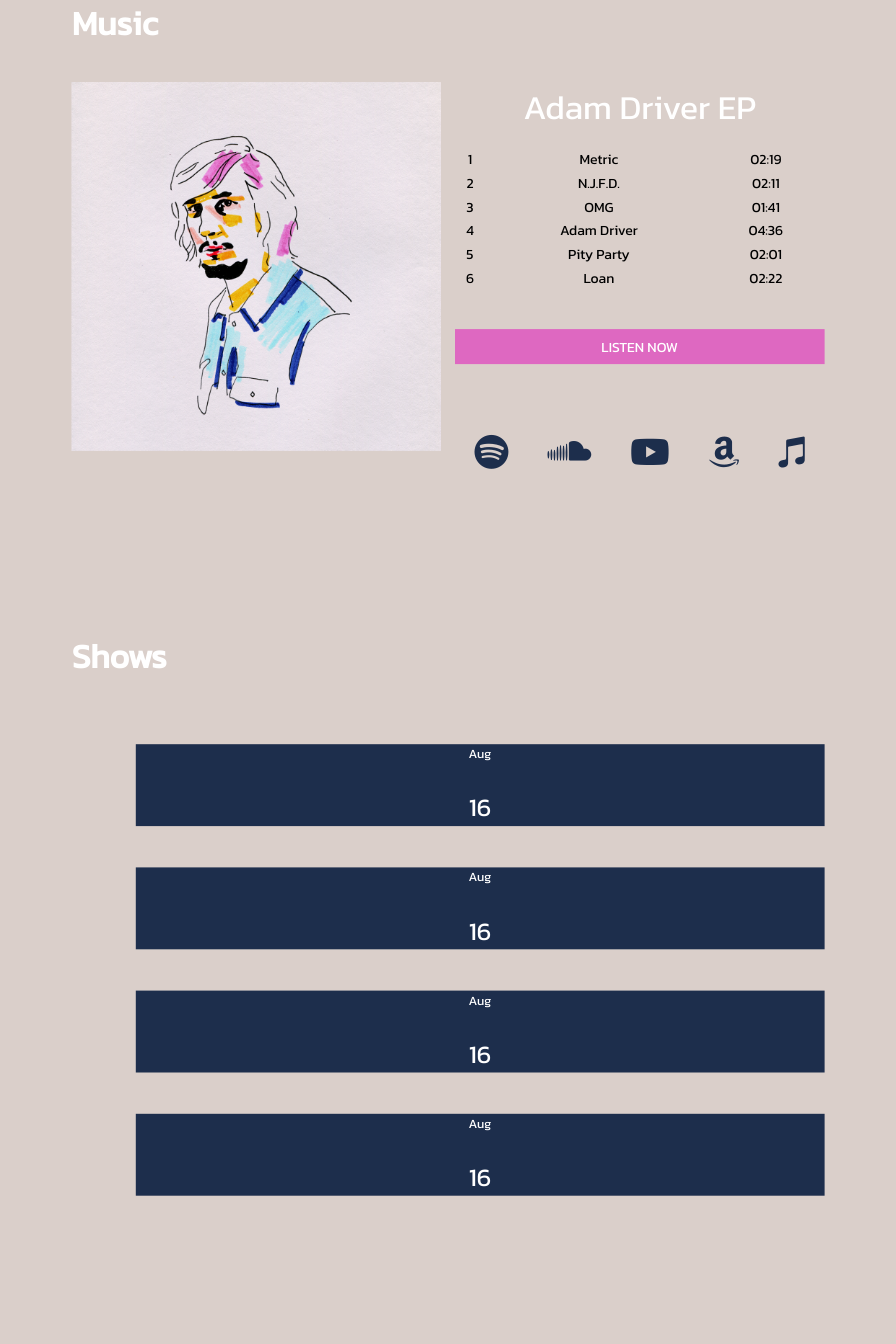
Repository: KrystellBarraza/SipperNYC
Page: index.html
These files come from the project's save history. The page is drawn as it stood at one moment and after the next save; the edit follows.
The browser window is 1280 px wide. The pictures show the part of the page from y = 1663 to 3583 px (the page is 3583 px tall before and 3375 px after), at 70% of full size.
Some web libraries are served in a nearby version.

Above is the page before, as saved 2019-08-26 16:02:11.

### index.html
<!DOCTYPE html>
    <head>
        <meta charset="utf-8">
        <meta http-equiv="X-UA-Compatible" content="IE=edge">
        <title>Sipper</title>
        <meta name="description" content="Wholesome and intrinsically delicate, SIPPER is an NYC based band who wants nothing more than to make you enjoy whatever they put out.">
        <meta name="viewport" content="width=device-width, initial-scale=1">
        <script src="https://kit.fontawesome.com/0942df55aa.js"></script>
        <script src="https://ajax.googleapis.com/ajax/libs/jquery/3.4.1/jquery.min.js"></script>
        <link rel="stylesheet" href="https://ajax.googleapis.com/ajax/libs/jqueryui/1.12.1/themes/smoothness/jquery-ui.css">
        <script src="https://ajax.googleapis.com/ajax/libs/jqueryui/1.12.1/jquery-ui.min.js"></script>
        <link href="https://fonts.googleapis.com/css?family=Kanit&display=swap" rel="stylesheet">
        <link rel="stylesheet" href="venobox/venoboxcopy.css" type="text/css" media="screen">
        <link rel="stylesheet" href="style.css">
    </head>
    <body>

        <div class="container-home">
            <div class="head">
                <header>
                    <h1><a href="index.html">Sipper</a></h1>

                    <div id="toggleText">
                        <p class="menuToggle Open placeHolder"></p>
                        <p class="menuToggle Close" style="color: #FFF;"></p>
                    </div>

                    <div id="menu">
                        <ul id="hiddenMenu">
                            <li><a href="#video">Video</a></li>
                            <li><a href="#music">Music</a></li>
                            <li><a href="#shows">Shows</a></li>
                            <li><a href="#about">About</a></li>
                        </ul>
                    </div>

                    <div class="inlineMenu">
                        <a href="#video">Video</a>
                        <a href="#music">Music</a>
                        <a href="#shows">Shows</a>
                        <a href="#about">About</a>
                    </div>

                </header>
            </div>

            <div id="menu-container"></div>

            <div class="menu">
                <div class="flexbox-nav">
                    <nav class="side-Nav">
                        <li><a href="#video">Video</a></li>
                        <li><a href="#music">Music</a></li>
                        <li><a href="#shows">Shows</a></li>
                        <li><a href="#about">About</a></li>
                    </nav>
                </div>
            </div>

            <div class="album">
                <img src="images/albumcover.jpg">
            </div>

            <div class="footer"></div>

        </div>


        <div class="container-video">
            <div class="head-video">
                <h1 id="video">Video</h1>
            </div>

            <div class="container video-a">
                <div class="content">
                    <a class="venobox" data-autoplay="true" data-vbtype="video" data-gall="myGallery" href="https://youtu.be/N3MalJX4Ll4">
                        <div class="content-overlay"></div>
                        <img class="content-image" src="images/AdamDriver.jpg" alt="Adam Driver">
                        <div class="content-details fadeIn-bottom">
                            <p class="content-title">Adam Driver</p>
                        </div>
                    </a>
                </div>
            </div>

            <div class="container video-b">
                <div class="content">
                    <a class="venobox" data-autoplay="true" data-vbtype="video" data-gall="myGallery" href="https://youtu.be/suzVxfuO1rU">
                        <div class="content-overlay"></div>
                        <img class="content-image" src="images/Metric.jpg" alt="Metric">
                        <div class="content-details fadeIn-top">
                            <p class="content-title">Metric</p>
                        </div>
                    </a>
                </div>
            </div>

            <div class="container video-c">
                <div class="content">
                    <a class="venobox" data-autoplay="true" data-vbtype="video" data-gall="myGallery" href="https://youtu.be/sNYNVeHuiyg">
                        <div class="content-overlay"></div>
                        <img class="content-image" src="images/NJFD.jpg" alt="N.J.F.D.">
                        <div class="content-details fadeIn-left">
                            <p class="content-title">N.J.F.D.</p>
                        </div>
                    </a>
                </div>
            </div>

            <div class="container video-d">
                <div class="content">
                    <a class="venobox" data-autoplay="true" data-vbtype="video" data-gall="myGallery" href="https://youtu.be/S9CmWtUvWd0">
                        <div class="content-overlay"></div>
                        <img class="content-image" src="images/OMG.jpg" alt="OMG">
                        <div class="content-details fadeIn-right">
                            <p class="content-title">OMG</p>
                        </div>
                    </a>
                </div>
            </div>

            <div class="footer-video"></div>

        </div>

        <div class="container-music">
            <div class="head-music">
                <h1 id="music">Music</h1>
            </div>

            <div class="ep">
                <img src="images/albumcover.jpg">
            </div>

            <div class="music-k">
                <p class="ep-title">Adam Driver EP</p>

                <table>
                    <tr>
                        <td>1</td>
                        <td>Metric</td>
                        <td>02:19</td>
                    </tr>
                    <tr>
                        <td>2</td>
                        <td>N.J.F.D.</td>
                        <td>02:11</td>
                    </tr>
                    <tr>
                        <td>3</td>
                        <td>OMG</td>
                        <td>01:41</td>
                    </tr>
                    <tr>
                        <td>4</td>
                        <td>Adam Driver</td>
                        <td>04:36</td>
                    </tr>
                    <tr>
                        <td>5</td>
                        <td>Pity Party</td>
                        <td>02:01<td>
                    </tr>
                    <tr>
                        <td>6</td>
                        <td>Loan</td>
                        <td>02:22</td>
                    </tr>
                </table>
            </div>

            <div class="music-j">
                <div class="listen">
                    <a href="https://levelmusic.lnk.to/AdamDriver_EP" target="_blank">Listen Now</a>
                </div>
            </div>

            <div class="fabIcons music-g">
                <a href="https://open.spotify.com/album/55qLPgpA8Q9fKp5JZo5pjp" target="_blank"><i class="fab fa-spotify"></i></a>
                <a href="https://soundcloud.com/invertebratemusic/sets/sipper-adam-driver-ep" target="_blank"><i class="fab fa-soundcloud"></i></a>
                <a href="https://www.youtube.com/channel/UC4grwiaSitqhA_vmRum_fdg/search?query=sipper" target="_blank"><i class="fab fa-youtube"></i></a>
                <a href="https://www.amazon.com/gp/product/B07QJBL8ZX/ref=dm_ws_sp_ps_dp" target="_blank"><i class="fab fa-amazon"></i></a>
                <a href="https://music.apple.com/us/album/1459355658?app=music" target="_blank"><i class="fab fa-itunes-note"></i></a>
            </div>

            <div class="footer-music"></div>

        </div>

        <div class="container-shows">
            <div class="head-shows">
                <h1 id="shows">Shows</h1>
            </div>

            <div class="shows-m">
                <div class="date">
                    <p>Aug</p>
                    <p style="font-size: 36px;">16</p>
                </div>

                <div class="dates-container">

                </div>
            </div>


            <div class="shows-n">
                <div class="date">
                    <p>Aug</p>
                    <p style="font-size: 36px;">16</p>
                </div>

                <div class="dates-container">

                </div>
            </div>


            <div class="shows-o">
                <div class="date">
                    <p>Aug</p>
                    <p style="font-size: 36px;">16</p>
                </div>

                <div class="dates-container">

                </div>
            </div>


            <div class="shows-p">
                <div class="date">
                    <p>Aug</p>
                    <p style="font-size: 36px;">16</p>
                </div>

                <div class="dates-container">

                </div>
            </div>


            <div class="footer-shows"></div>

        </div>

        <script src="app.js" async defer></script>
        <script src="venobox/venobox.mincopy.js" async defer></script>
    </body>
</html>

### style.css
* {
    box-sizing: border-box;
}

html {
    scroll-behavior: smooth;
}

body {
    margin: 0;
    background-color: #dacfca;
}

p, li {
    font-family: 'Kanit', sans-serif;
}

p {
    font-size: 18px;
}

h1 {
    font-family: 'Kanit', sans-serif;
    color: #fff;
    font-size: 48px;
}

a {
    text-decoration: none;
    color: #fff;
}

/* Header - Home */

.container-home {
    display: grid;
    grid-template-columns: repeat(12, 1fr);
    grid-template-rows: auto 2fr 1fr;
    grid-gap: 5px;
    grid-column-gap: 20px;
    padding-left: 8%;
    padding-right: 8%;
    grid-template-areas:
    "h h h h h h h h h h h h"
    "c c c c c c c c c m m m"
    "c c c c c c c c c m m m"
    "c c c c c c c c c m m m"
    "f f f f f f f f f f f f";
}

.head {
    grid-area: h;
}

.inlineMenu {
    font-family: 'Kanit', sans-serif;
    font-size: 22px;
    word-spacing: 1em;
    top: 16%;
    right: 10%;
    position: absolute;
}

@media (min-width: 566px) and (max-width: 569px) {
    .inlineMenu {
        top: 19.5%;
        word-spacing: .5em;
    }
}

/* Toggled Header Nav */

#toggleText {
    top: 5%;
    right: 10%;
    color: #fff;
    position: absolute;
    z-index: 10;
}

#menu-container {
    background-color: #1d2e4c;
    position: absolute;
    width: 100%;
    left: 0%;
    height: 100vh;
    z-index: 6;
}

#menu {
    background-color: #1d2e4c;
    position: absolute;
    top: 0%;
    left: 0%;
    width: 100%;
    height: 100vh;
    z-index: 7;
}

#hiddenMenu {
    position: absolute;
    top: 30%;
}

p.placeHolder {
    display: none;
}

p.Open:before {
    content: "Menu";
}

p.Close:before {
    content: "Close";
}

ul {
    list-style: none;
}

li {
    font-size: 44px;
    line-height: 46pt;
}

/* Toggled Menu Media Queries */

@media only screen and (max-width: 450px) {
    nav {
        visibility: hidden;
    }
}

@media only screen and (min-width: 450px) {
    #toggleText {
        visibility: hidden;
    }

    #menu {
        visibility: hidden;
    }

    #menu-container {
        visibility: hidden;
    }
}

/* Scrollbar */

::-webkit-scrollbar { width: 8px; }

::-webkit-scrollbar-track { color: transparent; }

::-webkit-scrollbar-thumb {
    background-color: rgba(000, 0, 0, 0.2);
    border-radius: 5px;
}

/* Menu */

.menu {
    grid-area: m;
}

.flexbox-nav {
    display: flex;
    align-items: flex-end;
    justify-content: flex-end;
    margin-top: 356px;
}

.side-nav {
    align-self: flex-end;
    margin-top: 30px;
}

nav > a {
    font-family: 'Kanit', sans-serif;
    color: #fff;
    font-size: 48px;
}

nav > li {
    list-style-type: none;
    padding: 0;
    margin: 0;
}

@media only screen and (max-width: 416px){
    .menu {
        display: none;
    }

    .container-home {
        display: grid;
        grid-template-columns: repeat(12, 1fr);
        grid-template-rows: auto 2fr 1fr;
        grid-gap: 5px;
        padding-left: 8%;
        padding-right: 8%;
        grid-template-areas:
        "h h h h h h h h h h h h"
        "c c c c c c c c c c c c"
        "c c c c c c c c c c c c"
        "c c c c c c c c c c c c"
        "f f f f f f f f f f f f";
    }

    .album > img {
        object-fit: contain;
        width: 100%;
    }

}

/* Inline Menu Queries */

@media only screen and (max-width: 416px) {
    .inlineMenu {
        display: none;
    }
}

@media only screen and (min-width: 766px){
    .inlineMenu {
        display: none;
    }
}

/* Mobile Landscape Queries */

@media (orientation: landscape) and (max-width: 766px) {
    .menu {
        display: none;
    }

    .container-home {
        display: grid;
        grid-template-columns: repeat(12, 1fr);
        grid-template-rows: auto 2fr 1fr;
        grid-gap: 5px;
        padding-left: 8%;
        padding-right: 8%;
        grid-template-areas:
        "h h h h h h h h h h h h"
        "c c c c c c c c c c c c"
        "c c c c c c c c c c c c"
        "c c c c c c c c c c c c"
        "f f f f f f f f f f f f";
    }

    .album > img {
        object-fit: contain;
        width: 100%;
    }
}

/* Album */

.album {
    grid-area: c;
}

.album > img {
    object-fit: contain;
    width: 100%;
    max-height: 600px;
}

.footer {
    grid-area: f;
    height: 70px;
}


/* Video */

.container-video {
    display: grid;
    grid-template-columns: repeat(12, 1fr);
    grid-template-rows: auto 1fr 1fr;
    grid-gap: 5px;
    grid-column-gap: 20px;
    padding-left: 8%;
    padding-right: 8%;
    grid-template-areas:
    "h h h h h h h h h h h h"
    "a a a a a a b b b b b b"
    "c c c c c c d d d d d d"
    "f f f f f f f f f f f f";
}

.head-video {
    grid-area: h;
}

.video-a {
    grid-area: a;
    justify-self: center;
}

.video-b {
    grid-area: b;
    justify-self: center;
}

.video-c {
    grid-area: c;
    justify-self: center;
}

.video-d {
    grid-area: d;
    justify-self: center;
}

.footer-video {
    grid-area: f;
    height: 70px;
}

.container .title {
    text-align: center;
}

.content {
    position: relative;
    width: 100%;
    max-width: 550px;
    overflow: hidden;
}

.content .content-overlay {
    background: rgba(0,0,0,0.7);
    position: absolute;
    height: 99%;
    width: 100%;
    opacity: 0;
    -webkit-transition: all 0.4s ease-in-out 0s;
    -moz-transition: all 0.4s ease-in-out 0s;
    transition: all 0.4s ease-in-out 0s;
}

.content:hover .content-overlay {
    opacity: 1;
}

.content-image {
    width: 100%;
}

.content-details {
    position: absolute;
    text-align: center;
    padding-left: 1em;
    padding-right: 1em;
    width: 100%;
    top: 50%;
    left: 50%;
    opacity: 0;
    -webkit-transform: translate(-50%, -50%);
    -moz-transform: translate(-50%, -50%);
    transform: translate(-50%, -50%);
    -webkit-transition: all 0.3s ease-in-out 0s;
    -moz-transition: all 0.3s ease-in-out 0s;
    transition: all 0.3s ease-in-out 0s;
}

.content:hover .content-details {
    top: 50%;
    left: 50%;
    opacity: 1;
}

.content-details p {
    color: #fff;
    font-weight: 500;
    letter-spacing: 0.15em;
    margin-bottom: 0.5em;
    font-size: 0.8em;
    text-transform: uppercase;
}

.fadeIn-bottom {
    top: 80%;
}

.fadeIn-top {
    top: 20%;
}

.fadeIn-left {
    left: 20%;
}

.fadeIn-right {
    left: 80%;
}

@media only screen and (max-width: 416px){
    .container-video {
        display: grid;
        grid-template-columns: repeat(12, 1fr);
        grid-template-rows: auto 1fr 1fr;
        grid-gap: 5px;
        padding-left: 8%;
        padding-right: 8%;
        grid-template-areas:
        "h h h h h h h h h h h h"
        "a a a a a a a a a a a a"
        "b b b b b b b b b b b b"
        "c c c c c c c c c c c c"
        "d d d d d d d d d d d d"
        "f f f f f f f f f f f f";
    }

    .footer-video {
        display: none;
    }
}

/* Music */

.container-music {
    display: grid;
    grid-template-columns: repeat(12, 1fr);
    grid-template-rows: repeat(6, 1fr);
    grid-gap: 5px;
    grid-column-gap: 20px;
    padding-left: 8%;
    padding-right: 8%;
    grid-template-areas:
    "h h h h h h h h h h h h"
    "e e e e e e k k k k k k"
    "e e e e e e k k k k k k"
    "e e e e e e j j j j j j"
    "e e e e e e g g g g g g"
    "f f f f f f f f f f f f";
}

.head-music {
    grid-area: h;
}

.footer-music {
    grid-area: f;
    height: 70px;
}

.ep {
    grid-area: e;
}

.ep > img {
    object-fit: contain;
    width: 100%;
    max-height: 600px;
}

.music-k {
    grid-area: k;
}

.music-k > .ep-title {
    object-fit: contain;
    text-align: center;
    font-size: 48px;
    color: #fff;
    margin: 0;
    width: 100%;
}

.music-k > table {
    font-family: 'Kanit', sans-serif;
    object-fit: contain;
    text-align: center;
    padding-top: 20px;
    border: 0;
    font-size: 20px;
    width: 100%;
}

.music-g {
    grid-area: g;
    align-items: center;
}

.fabIcons {
    display: flex;
    justify-content: space-around;
}

i {
    font-family:'FontAwesome';
    font-size: 50px;
    color: #1d2e4c;
    transition: 0.5s;
}

i.fab:hover {
    color: #3a527c;
}

.music-j {
    grid-area: j;
    align-items: center;
}

.listen {
    margin-top: 50px;
    display: flex;
    justify-content: space-around;
    background: #de68c1;
    font-family: 'Kanit', sans-serif;
    text-transform: uppercase;
    text-align: center;
    align-items: center;
    height: 50px;
    font-size: 1.25em;
    -webkit-transition: 0.5s;
    transition: 0.5s;
    border: none;
}

.listen:hover {
    background: #e794ce;
}

@media only screen and (max-width: 376px) {
    i {
        font-size: 40px;
    }
}

@media screen and (max-width: 824px) {
    .music-k > .ep-title {
        font-size: 36px;
        text-align: center;
    }

    i {
        font-size: 36px;
    }

    .container-music {
        display: grid;
        grid-template-columns: repeat(12, 1fr);
        grid-template-rows: 1fr 1fr 1fr auto;
        grid-gap: 5px;
        grid-column-gap: 20px;
        padding-left: 8%;
        padding-right: 8%;
        grid-template-areas:
        "h h h h h h h h h h h h"
        "e e e e e e k k k k k k"
        "e e e e e e k k k k k k"
        "g g g g g g j j j j j j"
        "f f f f f f f f f f f f";
    }

    .listen {
        margin-top: 10px;
    }

    .fabIcons {
        margin-top: 10px;
    }
}

@media (orientation: landscape) and (max-width: 668px) {
    .music-k > .ep-title {
        font-size: 25px;
    }

    .music-k > table {
        font-size: 14px;
        width: 100%;
        text-align: center;
    }

    .listen {
        margin-top: 0;
    }

    .fabIcons {
        margin-top: 0;
    }
}

@media only screen and (max-width: 416px) {
    .container-music {
        display: grid;
        grid-template-columns: repeat(12, 1fr);
        grid-template-rows: 1fr auto;
        grid-gap: 5px;
        grid-column-gap: 20px;
        padding-left: 8%;
        padding-right: 8%;
        grid-template-areas:
        "h h h h h h h h h h h h"
        "e e e e e e e e e e e e"
        "e e e e e e e e e e e e"
        "k k k k k k k k k k k k"
        "k k k k k k k k k k k k"
        "j j j j j j j j j j j j"
        "g g g g g g g g g g g g"
        "f f f f f f f f f f f f";
    }

    .music-k > table {
        font-size: 16px;
        width: 100%;
        text-align: center;
    }

    .music-k > .ep-title {
        font-size: 36px;
        text-align: center;
    }

    .listen {
        margin-top: 20px;
    }

    .music-g {
        margin-top: 25px;
        margin-bottom: 25px;
    }

    .footer-music {
        display: none;
    }

}

/* Shows */

.container-shows {
    display: grid;
    grid-template-columns: repeat(12, 1fr);
    grid-template-rows: repeat(6, 1fr);
    grid-gap: 5px;
    grid-column-gap: 20px;
    padding-left: 8%;
    padding-right: 8%;
    grid-template-areas:
    "h h h h h h h h h h h h"
    "d m m m m m m m m m m m"
    "d n n n n n n n n n n n"
    "d o o o o o o o o o o o"
    "d p p p p p p p p p p p"
    "f f f f f f f f f f f f";
}

.head-shows {
    grid-area: h;
}

.date {
    grid-area: d;
    background-color: #1d2e4c;
    text-align: center;
    color: #FFF;
}

.shows-m {
    grid-area: m;
}

.shows-n {
    grid-area: n;
}

.shows-o {
    grid-area: o;
}

.shows-p {
    grid-area: p;
}

.footer-shows {
    grid-area: f;
    height: 70px;
}

.dates-container {
    background-color: rgba(255, 255, 255, 0.37);
    transition: 0.5s;
}

.dates-container:hover {
    background-color: rgba(255, 255, 255, 0.568);
}

### app.js
$(document).ready(() => {
    $('#toggleText').click(() => {
      $('.menuToggle').toggleClass('placeHolder');
      $('#menu').toggle('slide',{direction:'up'}, 1000);
      $('#menu-container').toggle('fade',{direction: 'down'}, 500);
    });
  });

  $(document).ready(function(){
    $('.venobox').venobox({
        spinner:'three bounce',
        closeBackground: 'transparent'
    });
});

Loaded but not shown: venobox/venoboxcopy.css (common file); venobox/venobox.mincopy.js (library)

After the next save:
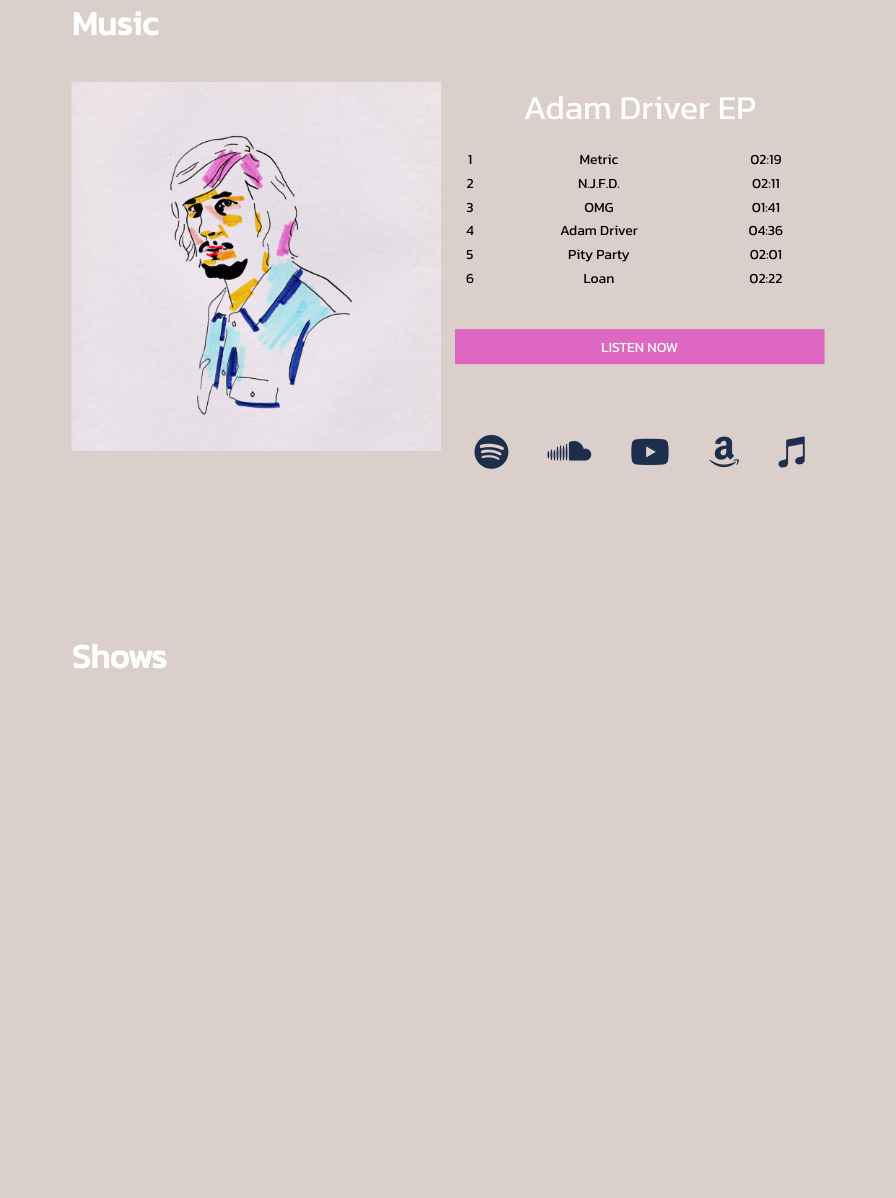
Saved 98 s later.
--- a/index.html
+++ b/index.html
@@ -193,11 +193,6 @@
             </div>
 
             <div class="shows-m">
-                <div class="date">
-                    <p>Aug</p>
-                    <p style="font-size: 36px;">16</p>
-                </div>
-
                 <div class="dates-container">
 
                 </div>
@@ -205,11 +200,6 @@
 
 
             <div class="shows-n">
-                <div class="date">
-                    <p>Aug</p>
-                    <p style="font-size: 36px;">16</p>
-                </div>
-
                 <div class="dates-container">
 
                 </div>
@@ -217,11 +207,6 @@
 
 
             <div class="shows-o">
-                <div class="date">
-                    <p>Aug</p>
-                    <p style="font-size: 36px;">16</p>
-                </div>
-
                 <div class="dates-container">
 
                 </div>
@@ -229,11 +214,6 @@
 
 
             <div class="shows-p">
-                <div class="date">
-                    <p>Aug</p>
-                    <p style="font-size: 36px;">16</p>
-                </div>
-
                 <div class="dates-container">
 
                 </div>
